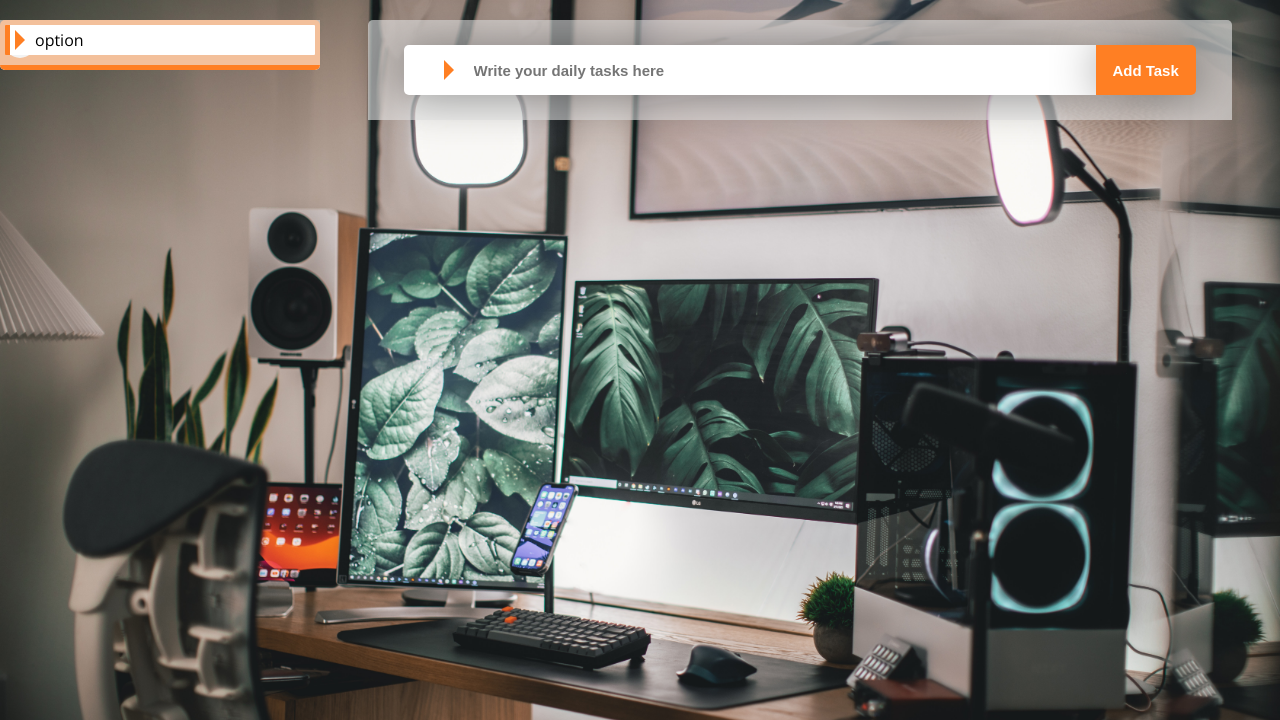
Repository: OmarEssameldinMousa/To-do-list-level01
Page: index.html
The author's editor kept a copy of each file at every save. The page is drawn from the files as they stood at one save, then again after the next save.
The browser window is 1280 px wide. The pictures show the whole page.

Above is the page before, as saved 2023-08-10 00:39:07.

After the next save:
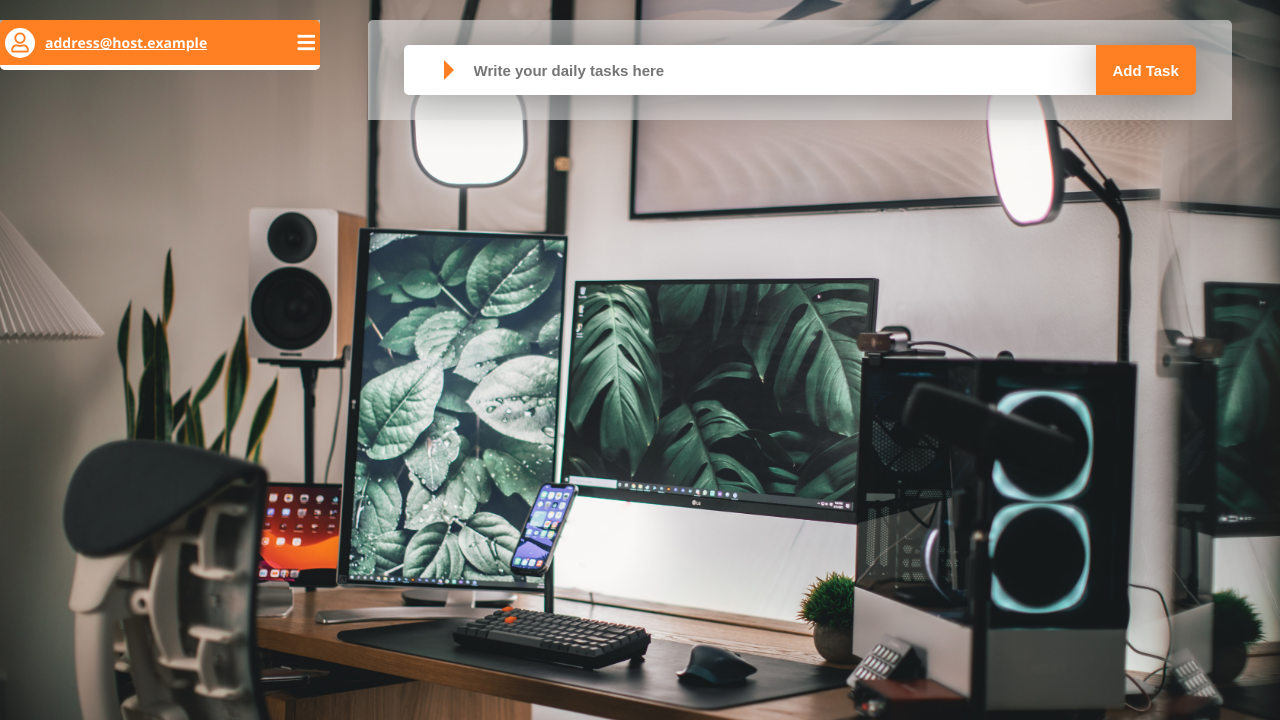
Saved 9 s later.
--- a/main.css
+++ b/main.css
@@ -56,7 +56,8 @@ ul {
     align-items: center;
     border-bottom: 5px solid white;
     border-radius: 5px;
-    position: relative z-index:;
+    position: relative;
+    z-index: 1;
 }
 
 .nav .navigation .profile .profile-pic {
